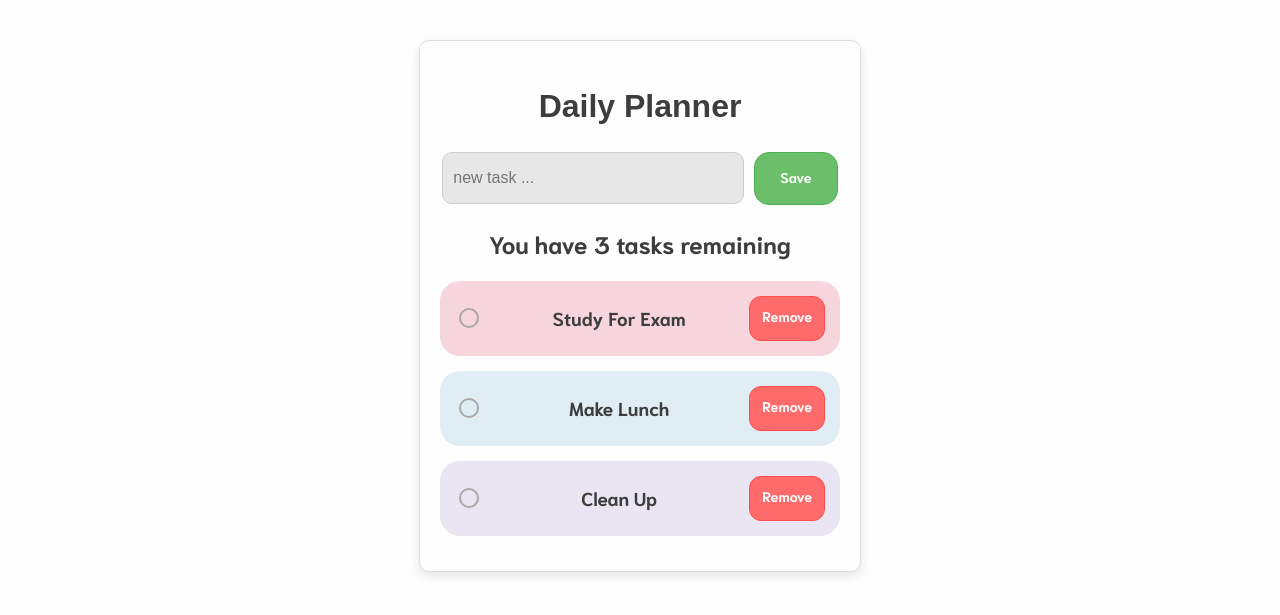
Repository: Zalida-Khan/Frontend-Lab4
Page: /
These files come from the project's save history. The page is drawn as it stood at one moment and after a run of saves; the edit follows.
The browser window is 1280 px wide. The pictures show the whole page.
Some web fonts or font styles are not loaded; a fallback is used. The project was rebuilt for these pictures with package versions that can differ from the ones it lists, and the page was loaded fresh each time. Also part of the build but not shown: vite.config.js.

Above is the page before, as saved 2024-10-22 22:21:36.

After the next 9 saves:
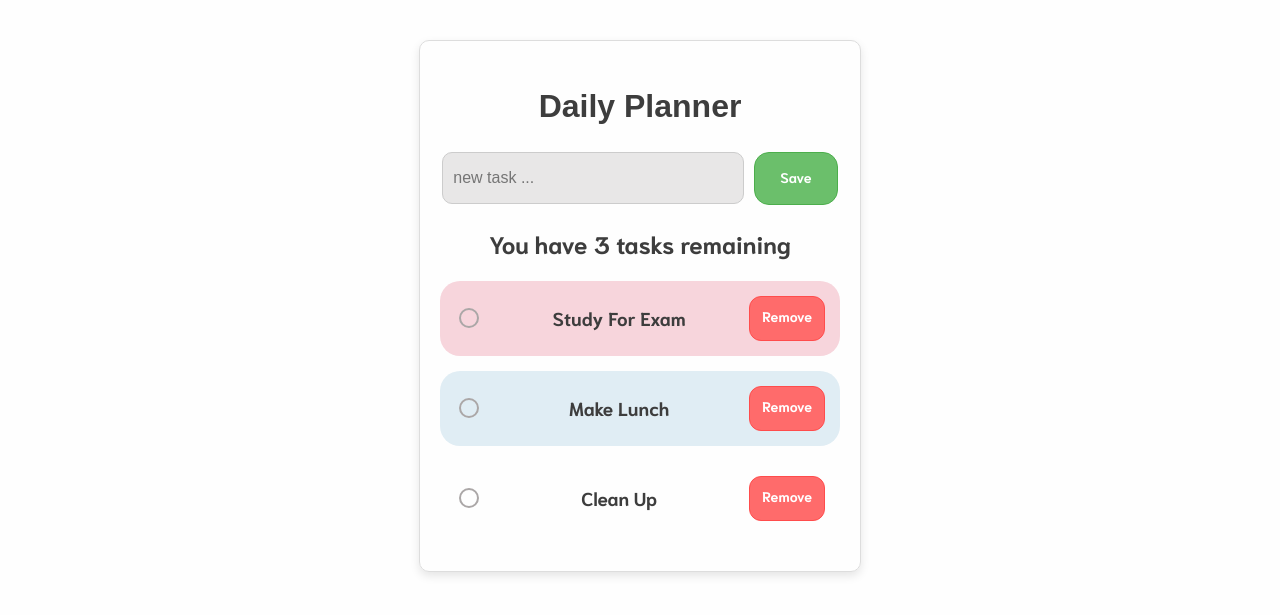
The 9 saves are shown as one change because they came seconds apart.
The last was saved 22 s later.
--- a/src/App.css
+++ b/src/App.css
@@ -60,21 +60,21 @@ h1 {
   background-color: #e0edf4;
 }
 
-.task:nth-child(6n+3) {
+/* .task:nth-child(6n+3) {
   background-color: #e9e5f3;
-}
+} */
 
-.task:nth-child(6n+4) {
+/* .task:nth-child(6n+4) {
   background-color: #fbfbef;
-}
+} */
 
 .task:nth-child(6n+5) {
   background-color: #f0f8e6;
 }
 
-.task:nth-child(6n) {
+/* .task:nth-child(6n) {
   background-color: #feeef5;
-}
+} */
 
 /* .task:nth-child(6n+3) {
   background-color: #f7e3fa;
